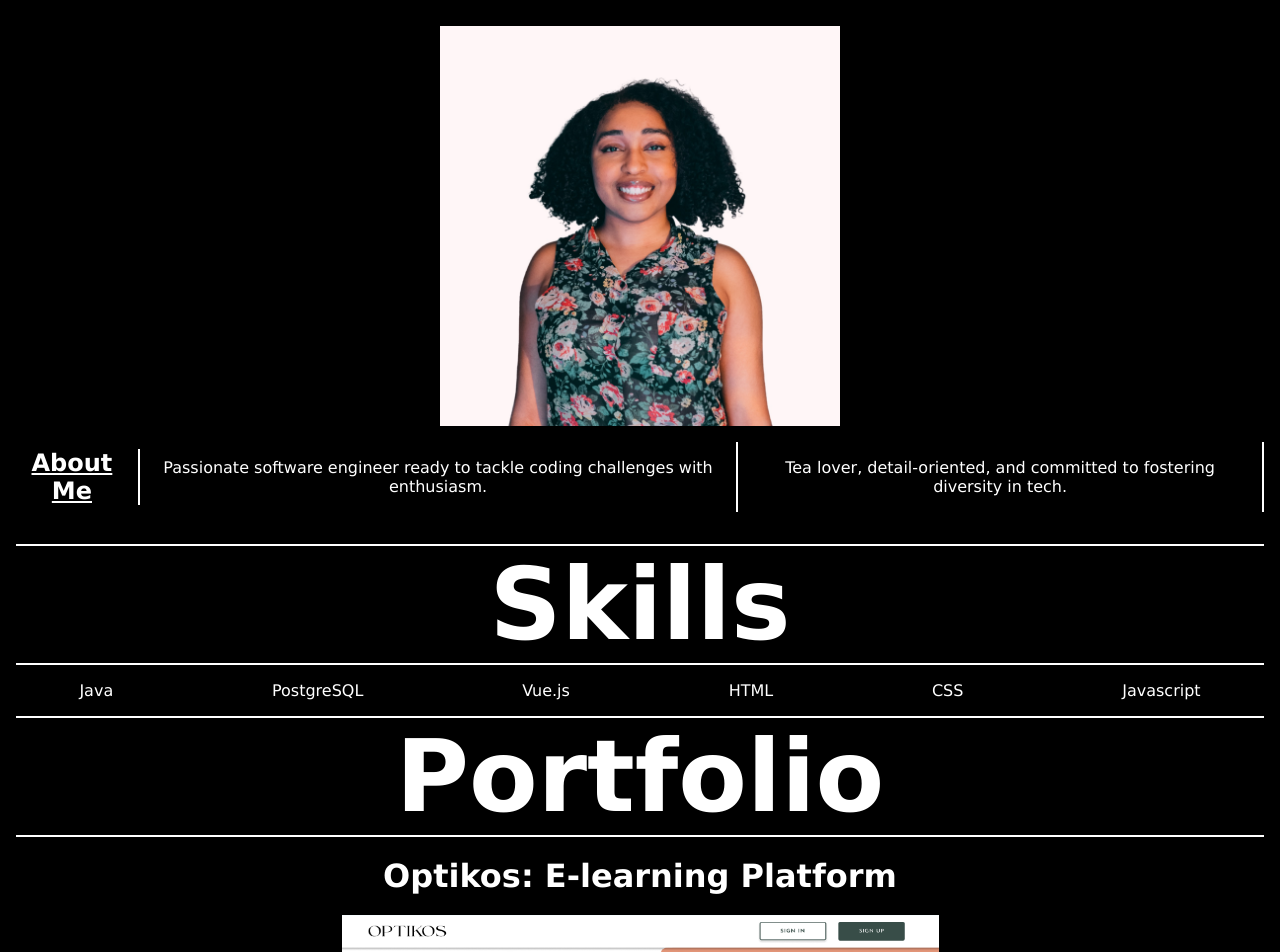
Repository: woodsdeshe/portfolio
Page: index.html
An editor plug-in stored every save of this project. The page is shown before and after a run of saves, followed by the edit.
The browser window is 1280 px wide. The pictures show the part of the page from y = 784 to 1736 px (the page is 2321 px tall).
A picture or video elsewhere on the page could not be fetched, so the positions and the page height are approximate. Some web fonts or font styles are not loaded; a fallback is used.

Above is the page before, as saved 2023-06-11 12:49:59.

### index.html
<!DOCTYPE html>
<html lang="en">
<head>
    <meta charset="UTF-8">
    <meta http-equiv="X-UA-Compatible" content="IE=edge">
    <meta name="viewport" content="width=device-width, initial-scale=1.0">
    <title>DeShe Woods | Software Engineer</title>
    <link rel="stylesheet" href="style.css">
    <link rel="stylesheet" href="https://cdnjs.cloudflare.com/ajax/libs/aos/2.3.4/aos.css" />
</head>
<body>
    <div class="container">
        <video autoplay muted loop>
            <source src="pexels-crazy-motions-11738195-1920x1080-24fps.mp4" type="video/mp4">
        </video>
        <div class="header">
            <h1>DESHE WOODS</h1>
        </div>
    </div>
    <div class="subheader">
        <h3>SOFTWARE ENGINEER | VISUAL ARTIST</h3>
    </div>
    <nav class="navbar">
        <ul>
            <li><a href="#about">About</a></li>
            <li><a href="#skills">Skills</a></li>
            <li><a href="#portfolio">Portfolio</a></li>
            <li><a href="#contact">Contact</a></li>
        </ul>
    </nav>
    <div class="headshot" data-aos="fade-up">
        <img src="Headshot.jpg" alt="Picture of DeShe Woods">
    </div>
    <div class="about-me" data-aos="fade-up">
        <h2>About Me</h2>
        <p>Passionate software engineer ready to tackle coding challenges with enthusiasm.</p>
        <p>Tea lover, detail-oriented, and committed to fostering diversity in tech.</p>
    </div>

    <div class="skills-header">
        <h1 id="skills">Skills</h1>
    </div>
    <div class="skills-content" data-aos="fade-up">
        <p class="java">Java</p>
        <p class="postgresql">PostgreSQL</p>
        <p class="Vue-js">Vue.js</p>
        <p class="html">HTML</p>
        <p class="css">CSS</p>
        <p class="javascript">Javascript</p>
    </div>
    <div class="portfolio-header">
        <h1 id="portfolio">Portfolio</h1>
    </div>
    <div class="optikos" data-aos="fade-up">
        <h1>Optikos: E-learning Platform</h1>
        <img src="Screenshot (6).png" alt="Screenshot of Optikos home page">
    </div>
    <div class="contact" id="contact">
        <h2>Contact</h2>
    </div>
   <footer>
    <a href="#">LinkedIn</a> |
    <a href="#">Github</a> |
    <a href="#">Email</a>
   </footer>

   <script src="https://cdnjs.cloudflare.com/ajax/libs/jquery/3.6.0/jquery.min.js"></script>
   <script src="https://cdnjs.cloudflare.com/ajax/libs/aos/2.3.4/aos.js"></script>
   <script>
     AOS.init();
   </script>
</body>
</html>

### style.css
@import url('https://fonts.googleapis.com/css2?family=Climate+Crisis&display=swap');

* {
    margin: 0;
    padding: 0;
    box-sizing: border-box;
}

body:not(.container) {
    background-color: #000;
    font-family: Verdana, Geneva, Tahoma, sans-serif;
    color: white;
}

.container {
    width: 100%;
    height: 100%;
    position: relative;
}

.container video {
    height: 100%;
    width: 100%;
}

.header h1{
    font-family:'Climate Crisis', cursive, Verdana;
    font-size: 200px;
    font-weight: 900;
    text-align: center;
    color: white;
    position: absolute;
    top: 0;
    left:0;
    background: #000;
    height: 100%;
    width: 100%;
    display:flex;
    align-items: center;
    justify-content: center;
    flex-wrap: wrap;
    mix-blend-mode: multiply;
}

.subheader {
    border-top: 2px solid white;
    border-bottom: 2px solid white;
    padding: 1rem;
    text-align: center;
    font-size: 40px;
}

.navbar {
    background-color: #000;
    padding: 1rem;
    text-align: center;
}

.navbar ul {
    list-style-type: none;
}

.navbar li {
    display: inline-block;
    margin-right: 1rem;
}

.navbar a {
    text-decoration: none;
    color: white;
    font-size: 20px;
    font-weight: bold;
    padding: 0.5rem 1rem;
}

.navbar a:hover {
    background-color: #b46bff;
    border-radius: 5px;
}


.headshot img {
    height:400px;
    width: 400px;
    align-content: center;
    display:block;
    margin-left: auto;
    margin-right: auto;
    margin-top: 20px;
}

.about-me {
    padding: 1rem;
    text-align: center;
    display: flex;
    align-items: center;
}

.about-me h2 {
    text-decoration: underline;
    border-right: 2px solid white;
    padding-right: 10px;
}

.about-me p {
    border-right: 2px solid white;
    padding: 1rem;
}

.portfolio-header, .skills-header, .contact h2 {
    font-size: 50px;
    text-align: center;
    border-top: 2px solid white;
    border-bottom: 2px solid white;
    margin: 1rem
}

.skills-content {
    display: flex;
    flex-direction: row;
    justify-content: space-around;
}

.portfolio {
    display: flex;
    flex-direction: column;
}

.optikos img {
   width: 597px;
   height: 500px;
   display: block;
   margin-left: auto;
    margin-right: auto;
    margin-bottom: 20px;
}


.optikos h1 {
    text-align: center;
    margin: 20px;
}

.optikos p {
    grid-area: "optikos-content";
}

.contact h2{
    font-size: 50px
}

footer {
    display: flex;
    justify-content: center;
    font-size: 20px;
}

footer a {

        box-shadow: inset 0 0 0 0 #54b3d6;
        color: white;
        margin: 0 -.25rem;
        padding: 0 .25rem;
        transition: color .3s ease-in-out, box-shadow .3s ease-in-out;
}
    footer a:hover {
        box-shadow: inset 100px 0 0 0 #54b3d6;
        color: white;
      }

After the next 2 saves:
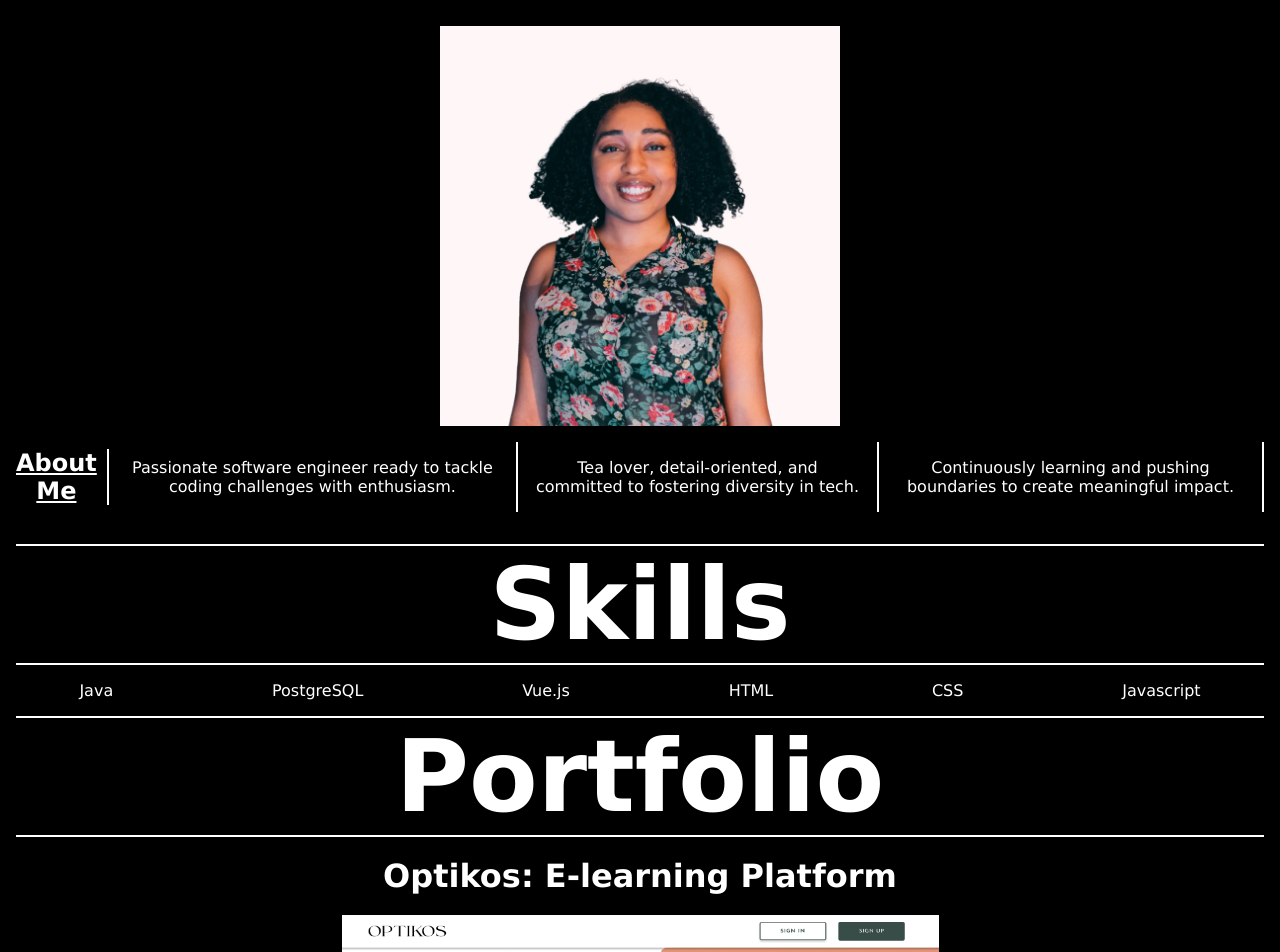
The 2 saves are shown as one change because they came seconds apart.
The last was saved 16 s later.
--- a/index.html
+++ b/index.html
@@ -35,6 +35,7 @@
         <h2>About Me</h2>
         <p>Passionate software engineer ready to tackle coding challenges with enthusiasm.</p>
         <p>Tea lover, detail-oriented, and committed to fostering diversity in tech.</p>
+        <p>Continuously learning and pushing boundaries to create meaningful impact.</p>
     </div>
 
     <div class="skills-header">
